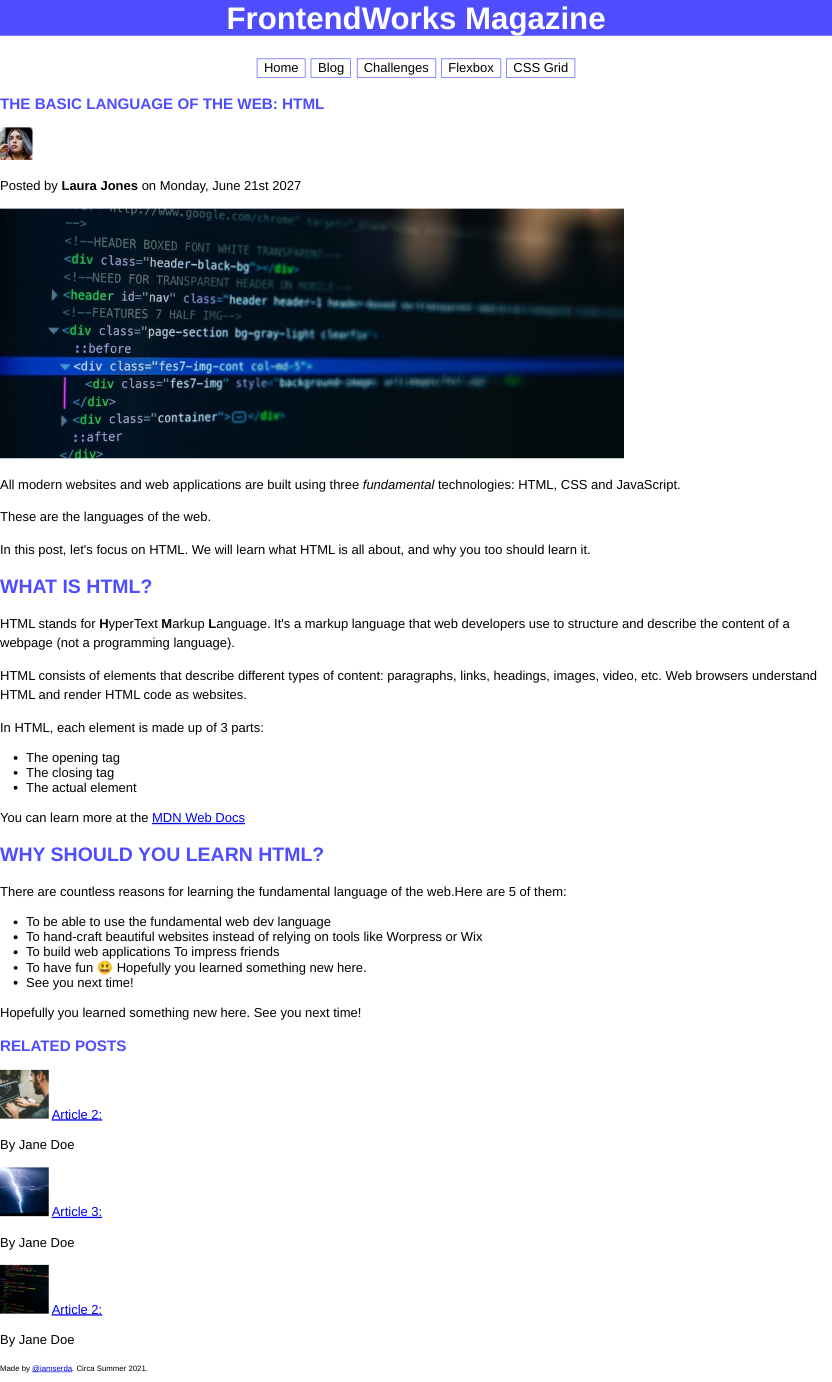
Repository: iamserda/html-css-course
Page: starter/02-HTML-Fundamentals/index.html
The author's editor kept a copy of each file at every save. The page is drawn from the files as they stood at one save, then again after the next save.
The browser window is 1280 px wide. The pictures show the whole page, at 65% of full size.

Above is the page before, as saved 2021-07-17 15:50:02.

### starter/02-HTML-Fundamentals/index.html
<!DOCTYPE html>
<html lang="en">

<head>
    <meta charset="UTF-8" />
    <meta http-equiv="X-UA-Compatible" content="IE=edge" />
    <meta name="viewport" content="width=device-width, initial-scale=1.0" />
    <title>HTML Fundamentals by Laura Jones</title>
    <link href="index.css" rel="stylesheet" />
</head>

<body>
    <header>
        <h1 class="brandname">FrontendWorks Magazine</h1>
        <nav>
            <ul>
                <li><a href="index.html">Home</a></li>
                <li><a href="blog/">Blog</a></li>
                <li><a href="challenges/">Challenges</a></li>
                <li><a href="https://css-tricks.com/snippets/css/a-guide-to-flexbox/" target="_blank">Flexbox</a></li>
                <li><a href="https://css-tricks.com/snippets/css/complete-guide-grid/" target="_blank">CSS Grid</a></li>
            </ul>
        </nav>
    </header>
    <main>
        <section>
            <article>
                <header class="article-meta">
                    <h1 class="post-title">The Basic Language of the Web: HTML</h1>
                    <img class="author-pic" src="img/laura-jones.jpg" alt="photo of author laura jones" />
                    <p>Posted by <strong>Laura Jones</strong> on Monday, June 21st 2027</p>
                </header>
                <div class="article-content">
                    <img class="post-image" src="img/post-img.jpg" alt="displaying html code." />
                    <p> All modern websites and web applications are built using three
                        <em>fundamental</em> technologies: HTML, CSS and JavaScript.
                    </p>
                    <p>These are the languages of the web.</p>
                    <p>
                        In this post, let's focus on HTML. We will learn what HTML is all about, and why you too should
                        learn it.
                    </p>

                    <h2>What is HTML?</h2>

                    <p>
                        HTML stands for <b>H</b>yperText <b>M</b>arkup <b>L</b>anguage. It's a markup language that web
                        developers use to structure and describe the content of a webpage (not a programming language).
                    </p>

                    <p>
                        HTML consists of elements that describe different types of content: paragraphs, links, headings,
                        images, video, etc. Web browsers understand HTML and render HTML code as websites.
                    </p>

                    <p>In HTML, each element is made up of 3 parts:</p>
                    <ul>
                        <li>The opening tag</li>
                        <li>The closing tag</li>
                        <li>The actual element</li>
                    </ul>
                    <p>
                        You can learn more at the
                        <a href="https://developer.mozilla.org/en-US/" target="_blank">MDN Web Docs</a>
                    </p>
                    <h2>Why should you learn HTML?</h2>
                    <p>There are countless reasons for learning the fundamental language of the web.Here are 5 of them:
                    </p>
                    <ul>
                        <li>To be able to use the fundamental web dev language</li>
                        <li>To hand-craft beautiful websites instead of relying on tools like Worpress or Wix</li>
                        <li>To build web applications To impress friends</li>
                        <li>To have fun 😃 Hopefully you learned something new here.</li>
                        <li>See you next time!</li>
                    </ul>
                    <p>Hopefully you learned something new here. See you next time!</p>
                </div>
            </article>
        </section>
        <aside>
            <h3>Related Posts</h3>
            <div class="related">
                <img src="img/related-1.jpg" alt="a programmer writing code.">
                <a href="#article2">Article 2:</a>
                <p>By Jane Doe</p>
            </div>
            <div class="related">
                <img src="img/related-2.jpg" alt="a programmer writing code.">
                <a href="#article3">Article 3:</a>
                <p>By Jane Doe</p>
            </div>
            <div class="related">
                <img src="img/related-3.jpg" alt="a programmer writing code.">
                <a href="#article4">Article 2:</a>
                <p>By Jane Doe</p>
            </div>
        </aside>
    </main>
    <footer>
        <p>Made by <a href="https://twitter.com/iamserda">@iamserda</a>. Circa Summer 2021.</p>
    </footer>
</body>

</html>

### starter/02-HTML-Fundamentals/index.css
* {
    box-sizing: border-box;
}

html {
    font-size: 16px;
}

html,
body {
    margin: 0;
    padding: 0;
}

body {
    font-family: Helvetica, Arial, sans-serif;
    font-size: 1.25rem;
}

h1,
h2,
h3,
h4,
h5,
h6 {
    color: rgb(79, 77, 255);
    text-transform: uppercase;
}

.brandname {
    font-size: 3rem;
    text-transform: capitalize;
    text-align: center;
    margin-top: 0;
    color: white;
    background-color: rgb(79, 77, 255);
}

p {
    line-height: 1.5;
}

nav ul {
    width: 50%;
    max-width: 500px;
    margin-left: auto;
    margin-right: auto;
    background-color: white;
    padding: 0.125em;
}

nav li {
    list-style: none;
    border: 1px solid rgb(79, 77, 255);
    padding: 0.125em 0.5em;
    margin-left: 0.125em;
    display: inline-block;

}

nav a {
    display: block;
    text-decoration: none;
    color: inherit;
    width: 100%;
    height: auto;
}

nav li:hover {
    background-color: rgb(79, 77, 255);

}

nav li:hover a {
    color: white;
}

.related img {
    width: 100%;
    max-width: 75px;
}

.post-title {
    color: rgb(79, 77, 255);
}

.post-image {
    width: 100%;
    max-width: 960px;
    height: auto;
}

.author-pic {
    width: 100%;
    max-width: 50px;
    height: auto;
}

footer p {
    font-size: 0.75rem;
}

After the next save:
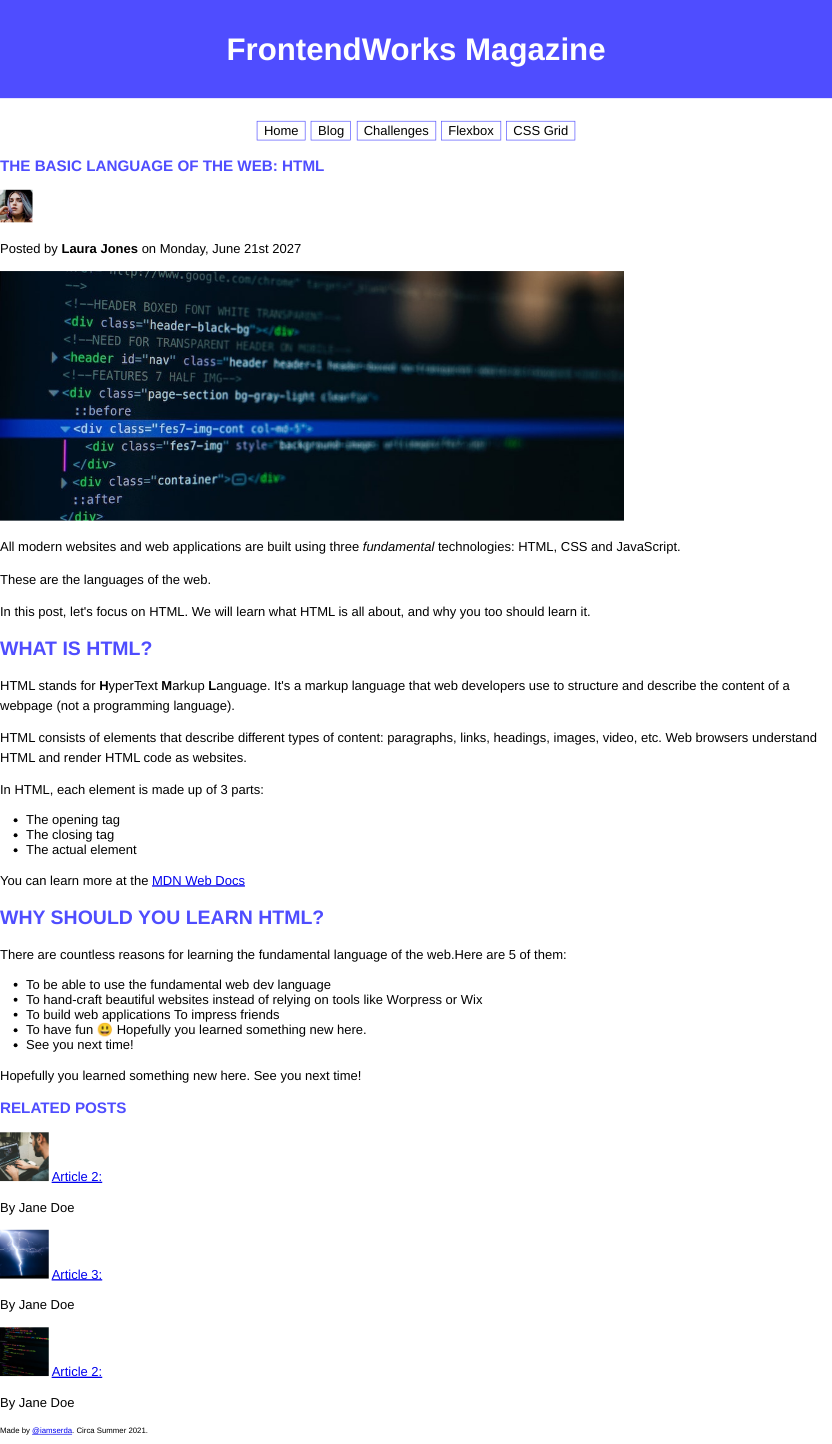
Saved 97 s later.
--- a/starter/02-HTML-Fundamentals/index.css
+++ b/starter/02-HTML-Fundamentals/index.css
@@ -34,6 +34,7 @@ h6 {
     margin-top: 0;
     color: white;
     background-color: rgb(79, 77, 255);
+    padding: 1em;
 }
 
 p {
